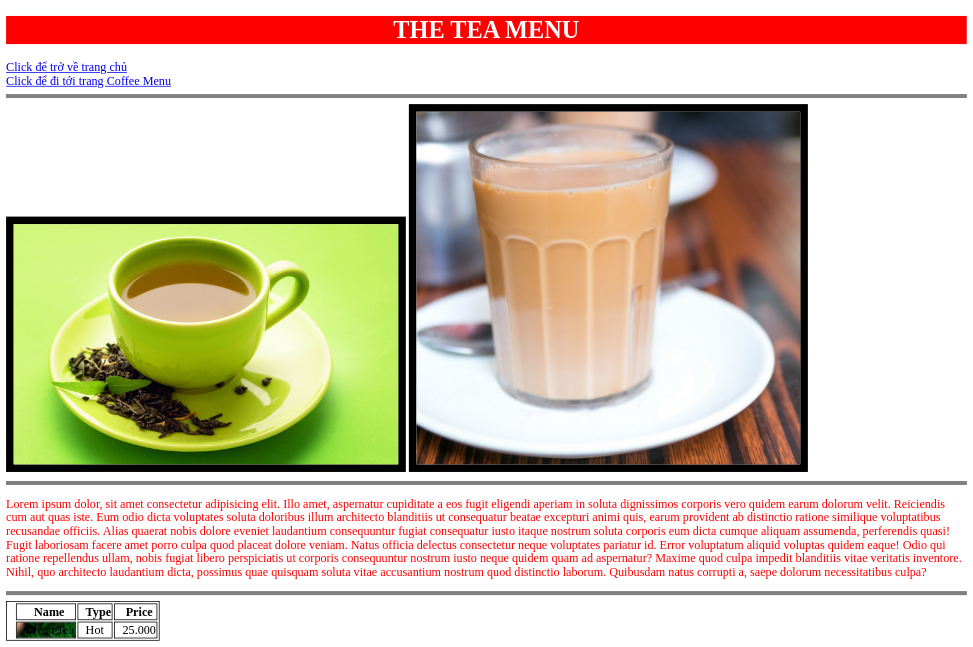
Repository: giahuy405/HomeWork_Coffee
Page: tea.html
These files come from the project's save history. The page is drawn as it stood at one moment and after the next save; the edit follows.
The browser window is 1280 px wide. The pictures show the whole page, at 76% of full size.

Above is the page before, as saved 2022-09-07 11:35:31.

After the next save:
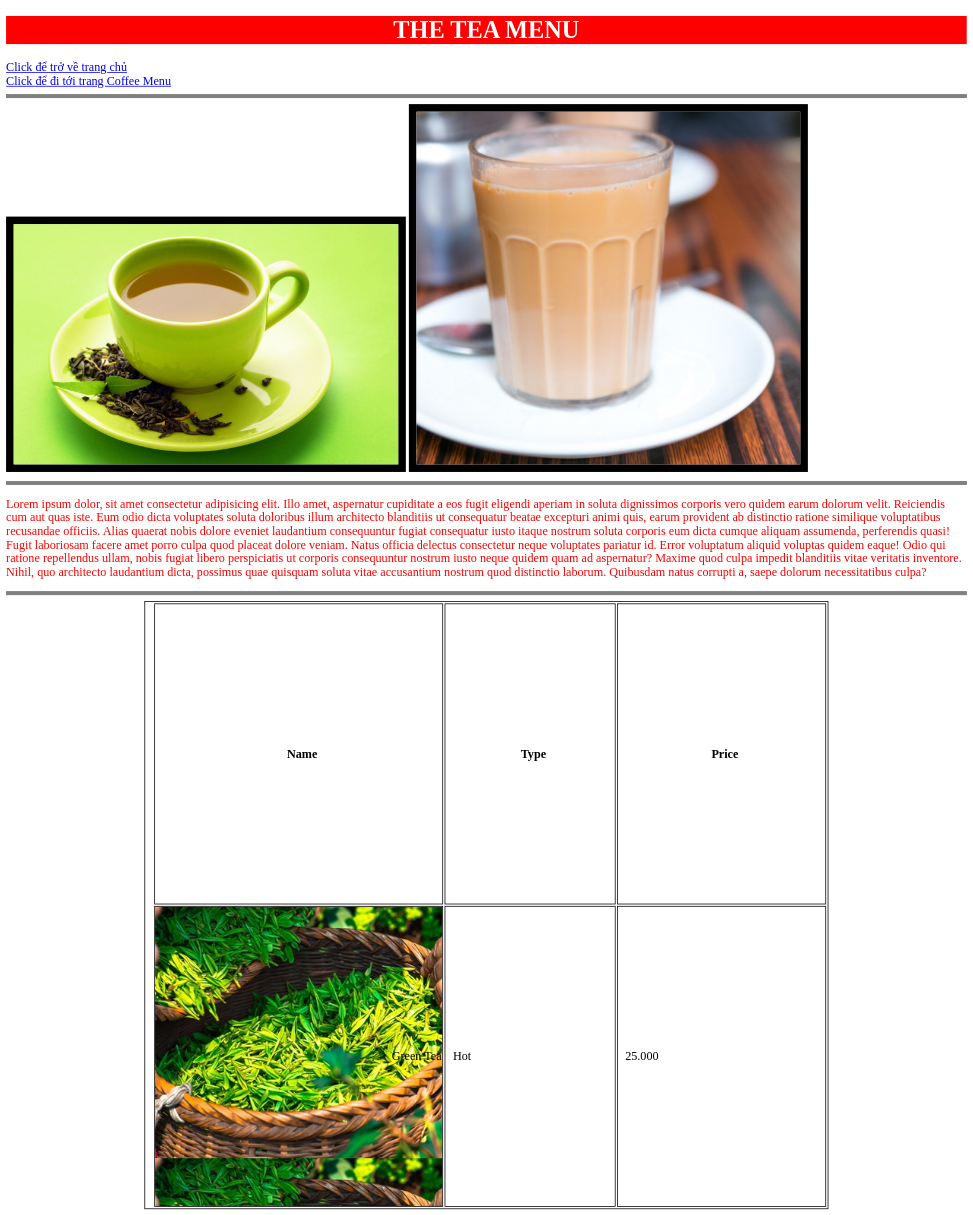
Saved 15 s later.
--- a/css/tea.css
+++ b/css/tea.css
@@ -3,7 +3,7 @@ table,th,td{
     border-collapse: separate;
     padding-left: 10px;
 }
-.intro table{
+table{
     width: 900px;
     height: 800px;
     margin: 0 auto;
